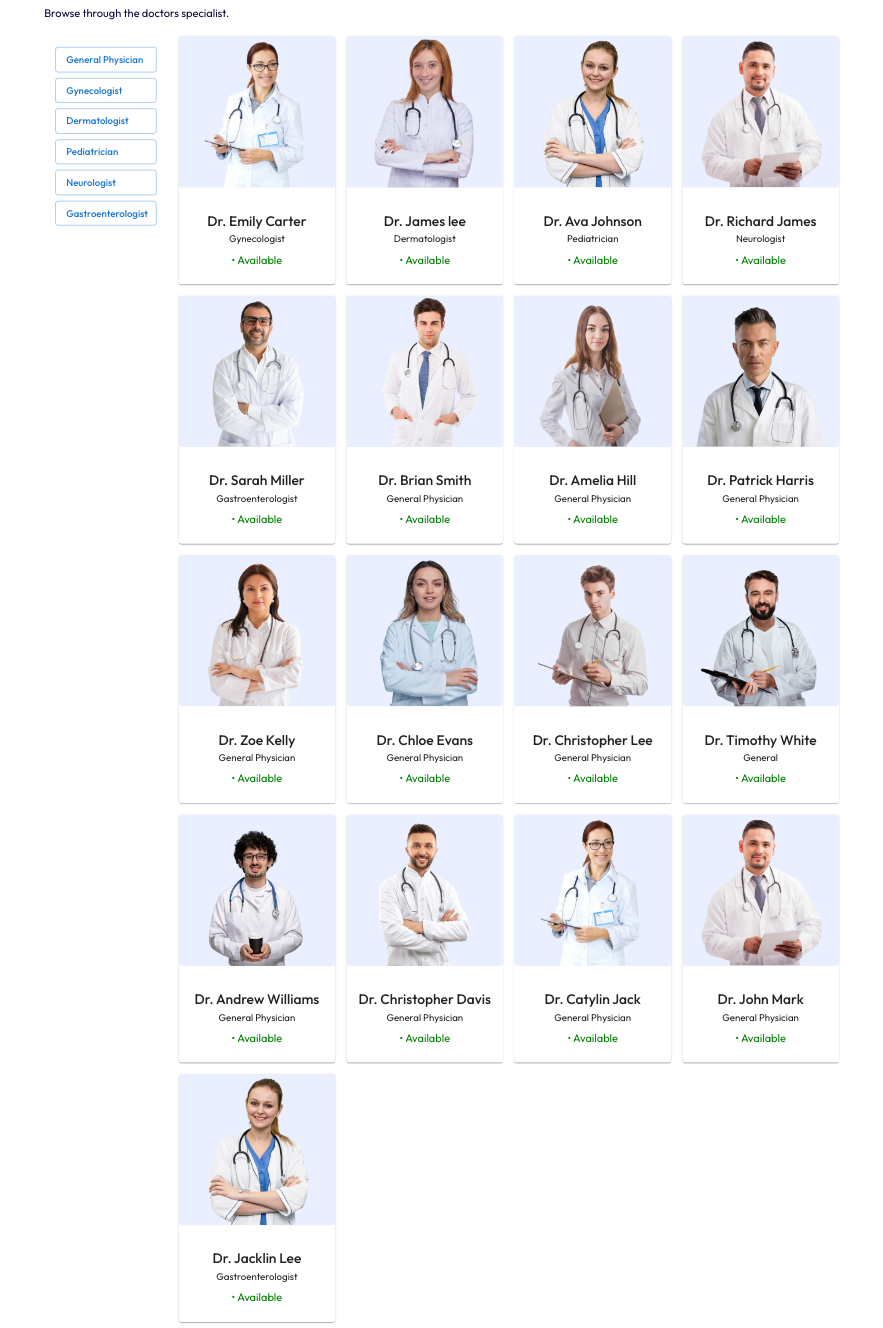
Repository: Ali-Dmerdash/DEPI_GRAD
Page: /
These files come from the project's save history. The page is drawn as it stood at one moment and after the next save; the edit follows.
The browser window is 1280 px wide. The pictures show the whole page, at 69% of full size.
The project was rebuilt for these pictures with package versions that can differ from the ones it lists, and the page was loaded fresh each time. Also part of the build but not shown: vite.config.ts.

Above is the page before, as saved 2024-10-05 22:26:17.

After the next save:
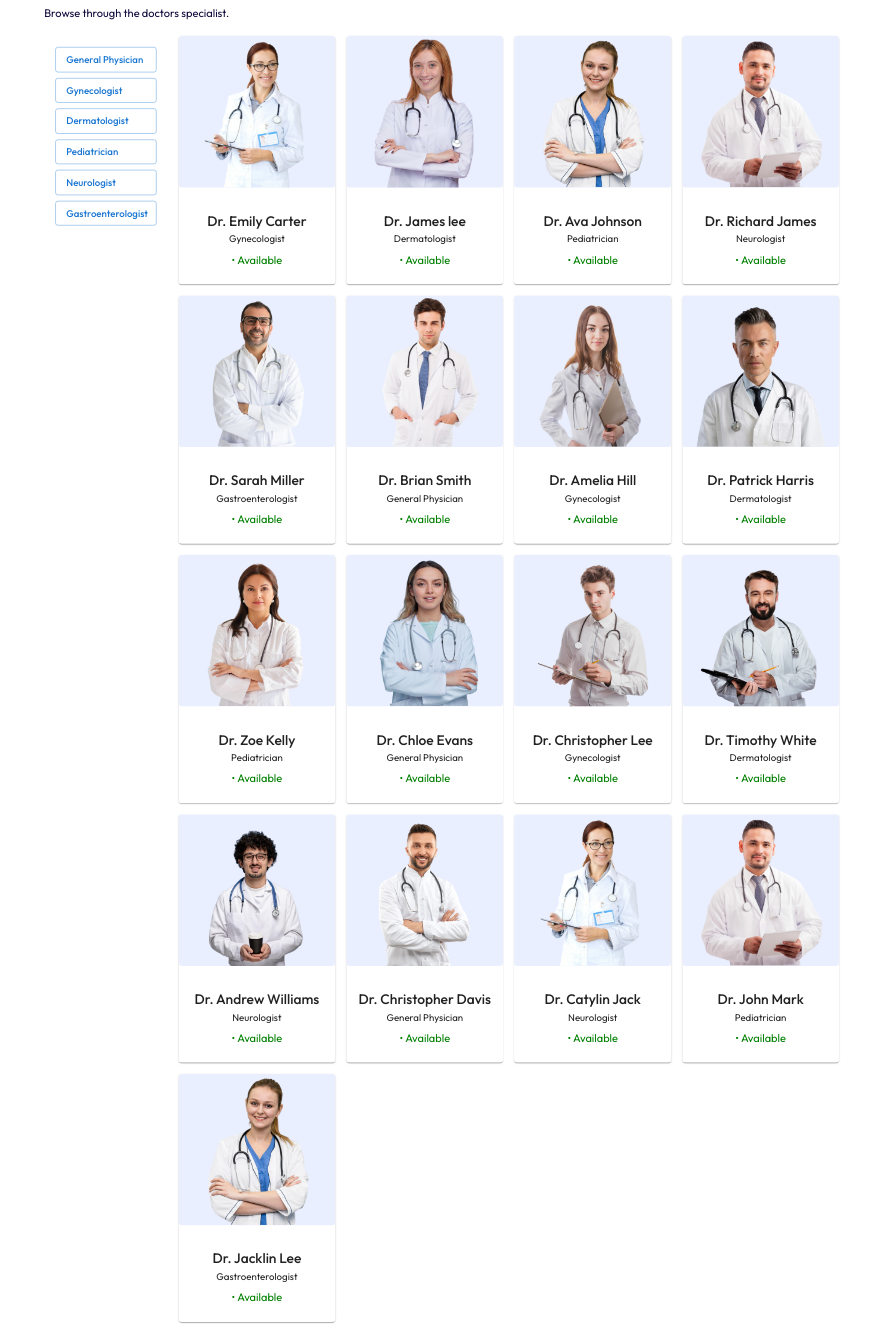
Saved 2 min 15 s later.
--- a/src/pages/doctors/index.tsx
+++ b/src/pages/doctors/index.tsx
@@ -64,21 +64,21 @@ const doctors: Doctor[] = [
   {
     id: 7,
     name: "Dr. Amelia Hill",
-    specialization: "General Physician",
+    specialization: "Gynecologist",
     image: "/src/pages/doctors/DEPI-React/file (4) 1.png",
     available: true,
   },
   {
     id: 8,
     name: "Dr. Patrick Harris",
-    specialization: "General Physician",
+    specialization: "Dermatologist",
     image: "/src/pages/doctors/DEPI-React/file (4) 2.png",
     available: true,
   },
   {
     id: 9,
     name: "Dr. Zoe Kelly",
-    specialization: "General Physician",
+    specialization: "Pediatrician",
     image: "/src/pages/doctors/DEPI-React/file (4) 3.png",
     available: true,
   },
@@ -92,21 +92,21 @@ const doctors: Doctor[] = [
   {
     id: 11,
     name: "Dr. Christopher Lee",
-    specialization: "General Physician",
+    specialization: "Gynecologist",
     image: "/src/pages/doctors/DEPI-React/file (5) 1.png",
     available: true,
   },
   {
     id: 12,
     name: "Dr. Timothy White",
-    specialization: "General ",
+    specialization: "Dermatologist",
     image: "/src/pages/doctors/DEPI-React/file (5) 2.png",
     available: true,
   },
   {
     id: 13,
     name: "Dr. Andrew Williams",
-    specialization: "General Physician",
+    specialization: "Neurologist",
     image: "/src/pages/doctors/DEPI-React/file (5) 3.png",
     available: true,
   },
@@ -120,14 +120,14 @@ const doctors: Doctor[] = [
   {
     id: 15,
     name: "Dr. Catylin Jack",
-    specialization: "General Physician",
+    specialization: "Neurologist",
     image: "/src/pages/doctors/DEPI-React/file (2) 1.png",
     available: true,
   },
   {
     id: 16,
     name: "Dr. John Mark",
-    specialization: "General Physician",
+    specialization: "Pediatrician",
     image: "/src/pages/doctors/DEPI-React/file (3) 1.png",
     available: true,
   },
